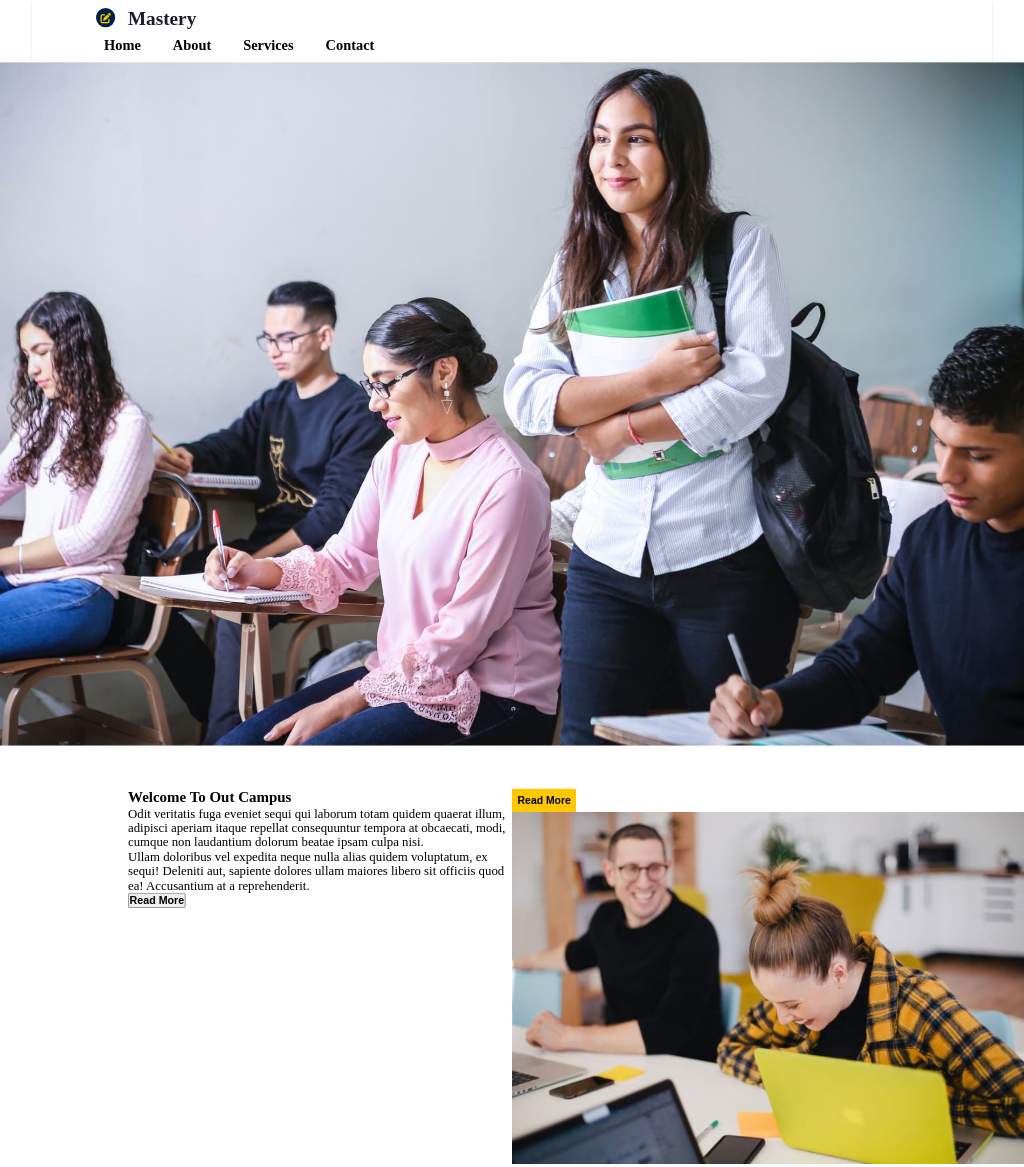
Repository: trminhphuc1504/Mastery
Page: index.html
An editor plug-in stored every save of this project. The page is shown before and after the next save, followed by the edit.
The browser window is 1280 px wide. The pictures show the whole page, at 80% of full size.
Some web libraries are served in a nearby version.

Above is the page before, as saved 2024-08-22 16:27:51.

### index.html
<!DOCTYPE html>
<html lang="en">
  <head>
    <meta charset="UTF-8" />
    <meta http-equiv="X-UA-Compatible" content="IE=edge" />
    <meta name="viewport" content="width=device-width, initial-scale=1.0" />

    <!-- Font Awesome -->
    <link
      rel="stylesheet"
      href="https://cdnjs.cloudflare.com/ajax/libs/font-awesome/6.6.0/css/all.min.css"
    />

    <link rel="stylesheet" href="./css/style.css" />
    <title>Mastery</title>
  </head>
  <body>
    <!-- Header -->
    <section id="header">
      <div class="container">
        <header>
          <div class="header-logo">
            <a href="#" class="logo">
              <i class="fa-solid fa-pen-to-square"> </i>
              <span class="header-title">Mastery</span>
            </a>
          </div>

          <nav class="header-nav">
            <ul>
              <li>
                <a href="#">Home</a>
              </li>
              <li>
                <a href="#">About</a>
              </li>
              <li>
                <a href="#">Services</a>
              </li>
              <li>
                <a href="#">Contact</a>
              </li>
            </ul>
          </nav>
        </header>
      </div>
    </section>

    <!-- poster -->
    <section id="poster">
      <div class="poster-img">
        <img src="./images/2.jpg" alt="poster" />
      </div>
    </section>

    <!-- banner -->

    <section id="banner">
      <div class="banner-content">
        <div class="banner-container">
          <div class="banner-item">
            <div id="left">
              <h3 class="banner-title">Welcome To Out Campus</h3>
              <p class="banner-desc">
                Odit veritatis fuga eveniet sequi qui laborum totam quidem
                quaerat illum, adipisci aperiam itaque repellat consequuntur
                tempora at obcaecati, modi, cumque non laudantium dolorum beatae
                ipsam culpa nisi.<br />
                Ullam doloribus vel expedita neque nulla alias quidem
                voluptatum, ex sequi! Deleniti aut, sapiente dolores ullam
                maiores libero sit officiis quod ea! Accusantium at a
                reprehenderit.
              </p>
              <button class="banner-btn"><b> Read More </b></button>
            </div>
          </div>
        </div>
        <div class="banner-button">
          <button class="banner-btn"><b> Read More </b></button>
        </div>
        <div id="banner-right">
          <img src="./images/g1.jpg" alt="banner" />
        </div>
      </div>
    </section>
  </body>
</html>

### css/style.css
* {
    margin: 0;
    padding: 0;
    box-sizing: border-box;
}

a{
    text-decoration: none;
}

.container{
    max-width: 1200px;
    margin: auto;
}



/* header .header-logo{
    background-color:pink;
    padding: 20px ;
} */

/* Header */

header{
    background-color:white;
    padding: 10px 0;
    box-shadow: 0 2px 4px rgba(0, 0, 0, 0.1);
}

.header-logo{
    display: flex;
    align-items:center;
    margin-left: 80px;
    margin-bottom: 10px;
}

.logo{
    font-size:24px;
    text-decoration: none;
    text-align: center;

}

.logo i{
    width: 24px;
    height: 24px;
    margin-right: 10px;
    line-height: 24px;
    border-radius:50%;
    background-color:#002146;
    font-size: 13px;
    vertical-align: top;
    color:#FDC800;
    display: inline-block;
}


.header-nav ul{
    list-style: none;
    display: flex;
    gap: 40px;
    display: flex;
    align-items: center;
    margin-left:90px;
}


.logo .header-title{
    color:#1B1D2D;
    font-weight: 700;
}


.header-nav ul li a{
    font-size:18px;
    color:#000;
    font-weight: 600;
}

/* Poster */
.poster-img img{
    width:100%;
}

/* Banner */
.banner-content .banner-container{
    margin:auto;
    width:75%;
}

 .banner-content .banner-container .banner-item #left{
    float:left;
    width: 50%;
}

 .banner-content .banner-container{
    padding-top: 50px;
}

.banner-content .banner-container .banner-item #right{
    float:right;
    width: 50%;
}

 .banner-content .banner-container .banner-item #right img{
    width: 100%;
}


.banner-button .banner-btn{
    background-color:#FDC800;
    padding: 5px 5px;
    font-weight: 400;
    font-size: 13px;
    outline: none;
    border:2px solid transparent;
}

After the next save:
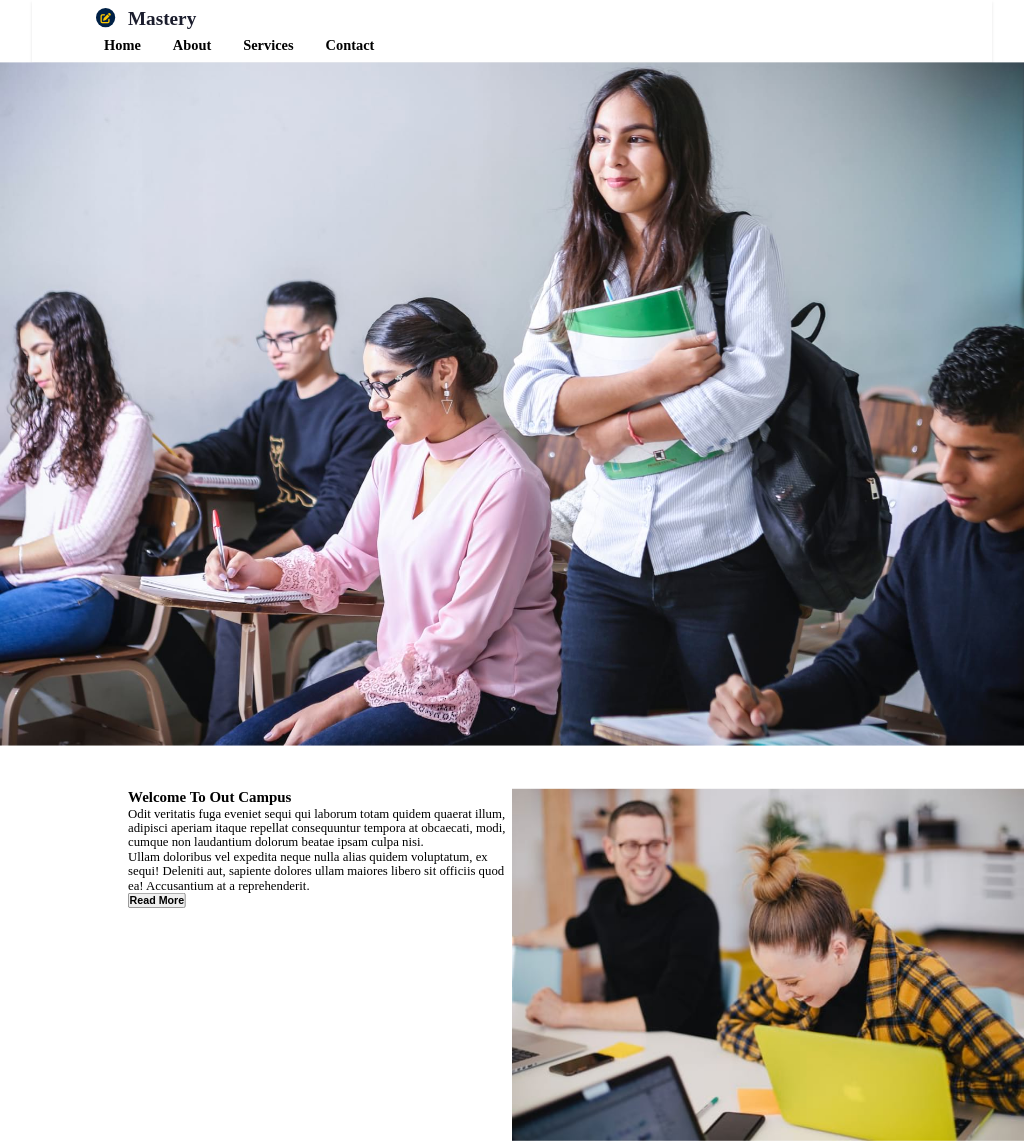
Saved 5 s later.
--- a/index.html
+++ b/index.html
@@ -75,9 +75,9 @@
             </div>
           </div>
         </div>
-        <div class="banner-button">
+        <!-- <div class="banner-button">
           <button class="banner-btn"><b> Read More </b></button>
-        </div>
+        </div> -->
         <div id="banner-right">
           <img src="./images/g1.jpg" alt="banner" />
         </div>
